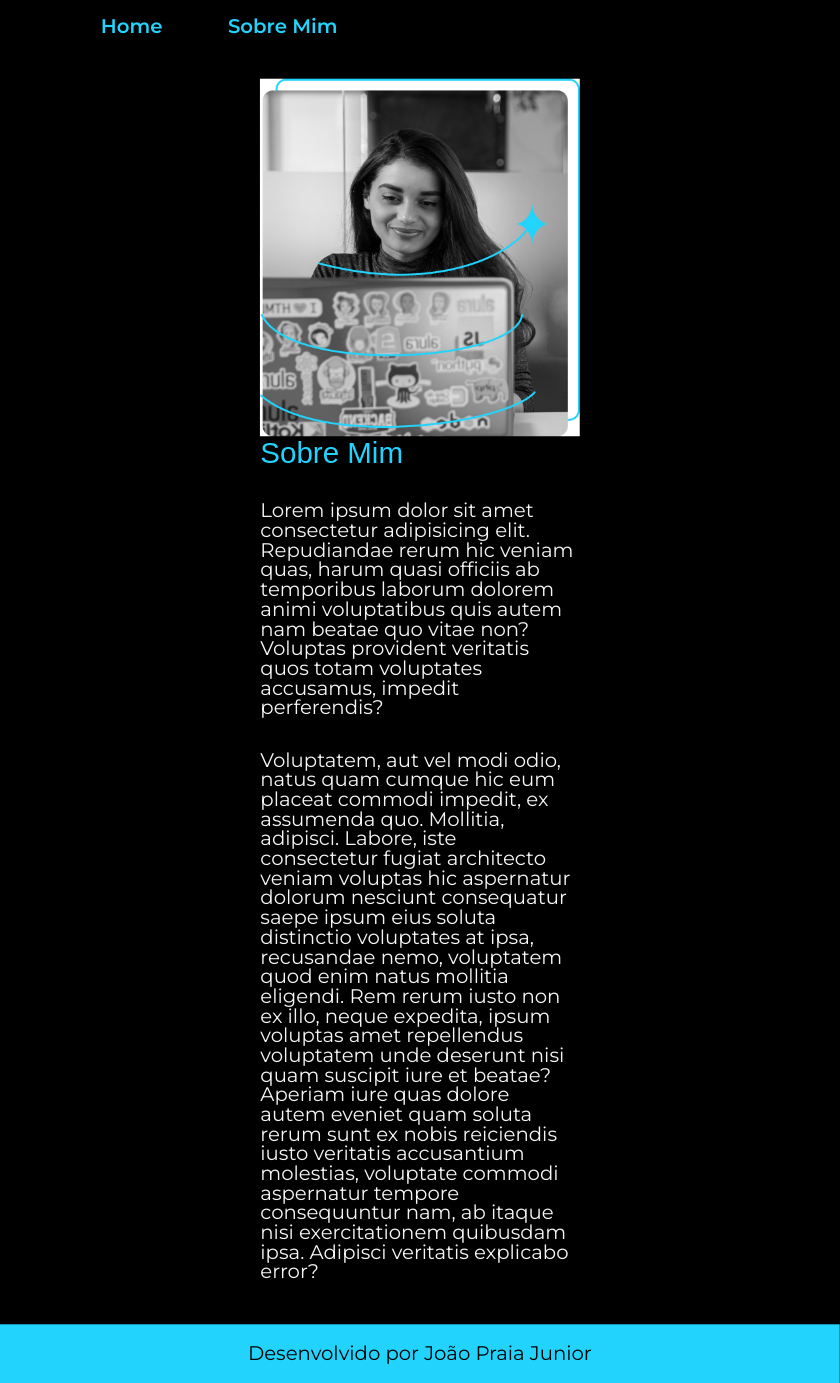
Repository: joaoPraiaJunior/html-basico
Page: about.html
These files come from the project's save history. The page is drawn as it stood at one moment and after the next save; the edit follows.
The browser window is 1024 px wide. The pictures show the whole page, at 82% of full size.
Some web fonts or font styles are not loaded; a fallback is used. Some web libraries are served in a nearby version.

Above is the page before, as saved 2024-06-08 16:32:55.

After the next save:
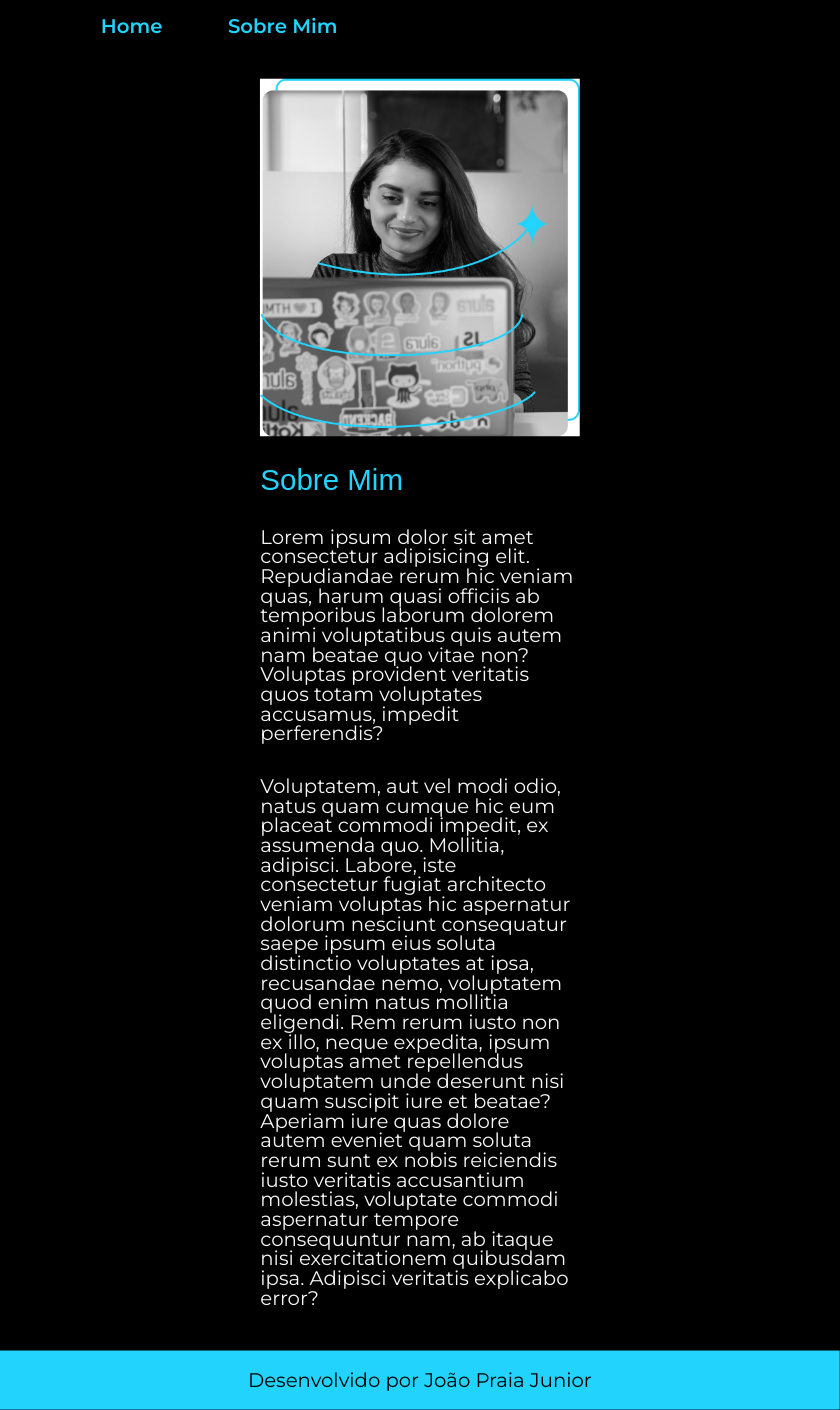
Saved 9 s later.
--- a/css/style.css
+++ b/css/style.css
@@ -133,6 +133,6 @@
 @media (max-width: 1200px) {
   .apresentacao {
     flex-direction: column-reverse;
-    column-gap: 32px;
+    row-gap: 32px;
   }
 }
